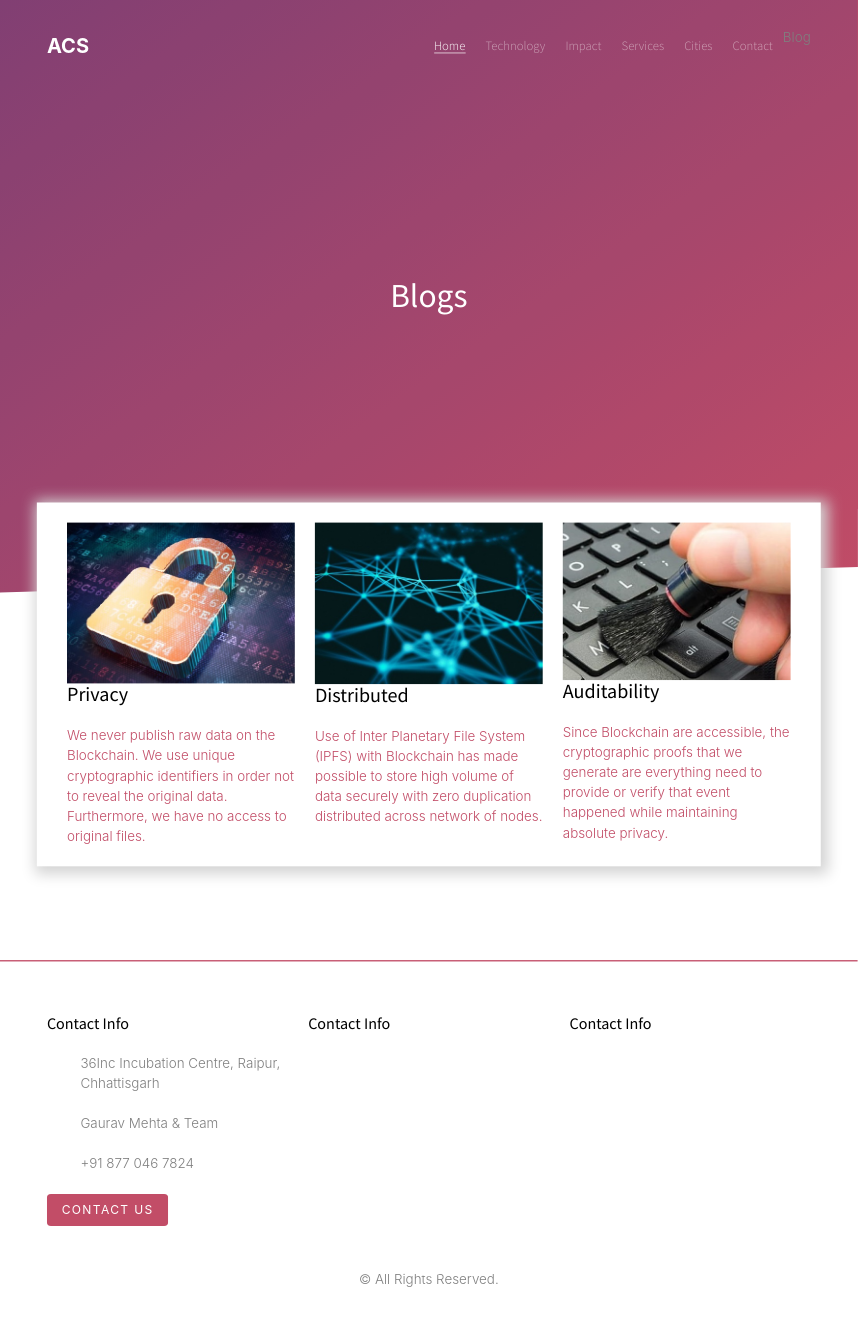
Repository: agarwalrahul-22/acs
Page: /blog
These files come from the project's save history. The page is drawn as it stood at one moment and after the next save; the edit follows.
The browser window is 1280 px wide. The pictures show the whole page, at 67% of full size.
Some web fonts or font styles are not loaded; a fallback is used. The project was rebuilt for these pictures with package versions that can differ from the ones it lists, and the page was loaded fresh each time. Also part of the build but not shown: src/components/main/LandingComponent.js, src/components/main/TechComponent.js, src/components/main/ImpactComponent.js, src/components/main/ServicesComponent.js, src/components/main/CitiesComponent.js, src/components/MainComponent.js, src/components/IBlogComponent.js.

Above is the page before, as saved 2022-10-10 23:22:09.

After the next save:
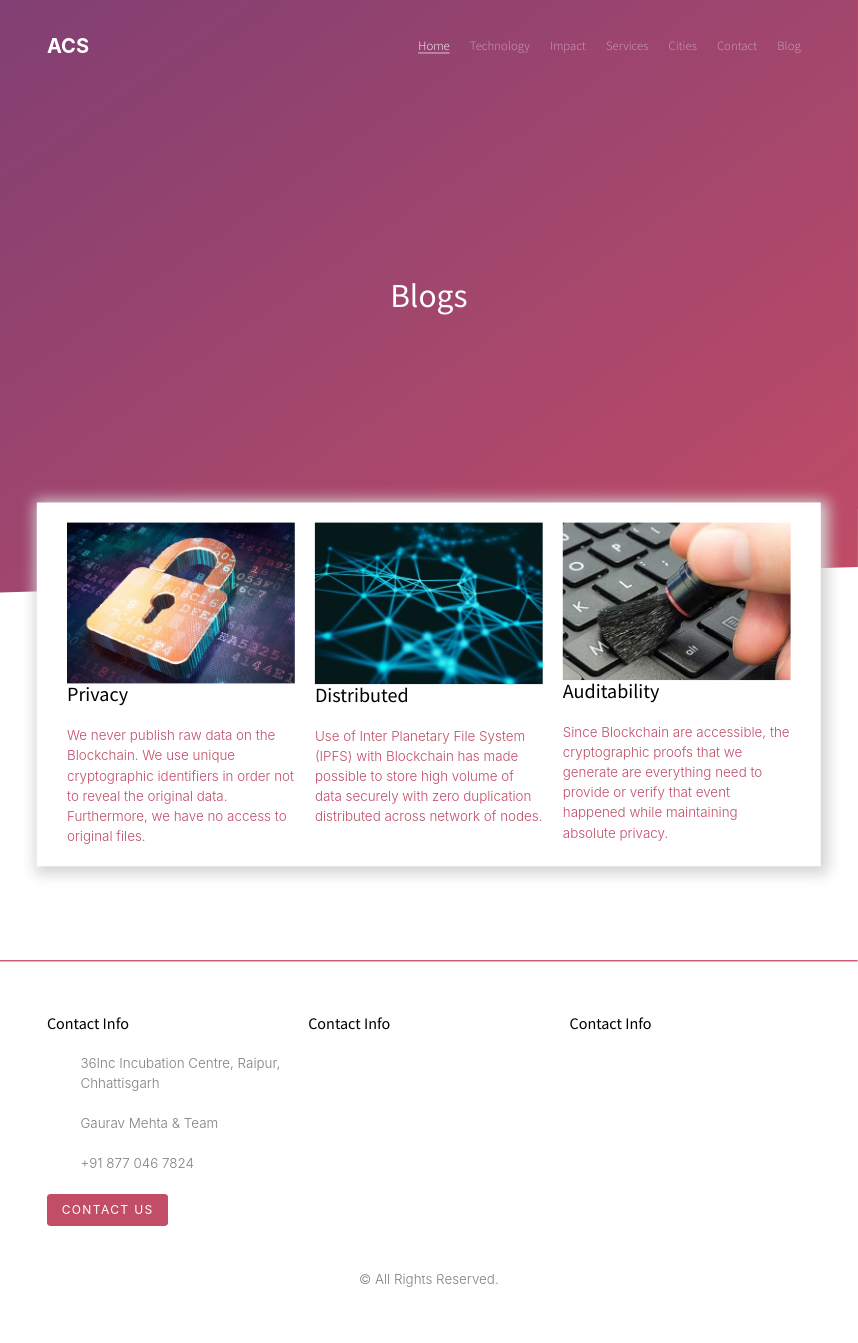
Saved 13 s later.
--- a/src/components/HeaderComponent.js
+++ b/src/components/HeaderComponent.js
@@ -57,11 +57,11 @@ export default function HeaderComponent() {
                   </a>
                 </li>
                 <li>
-                  {/* <a href="/blog" data-nav-section="contact"> */}
+                  <a href="/blog" data-nav-section="contact">
                   {/* <Link to="/blog"> */}
                   <span>Blog</span>
                   {/* </Link> */}
-                  {/* </a> */}
+                  </a>
                 </li>
               </ul>
             </div>
